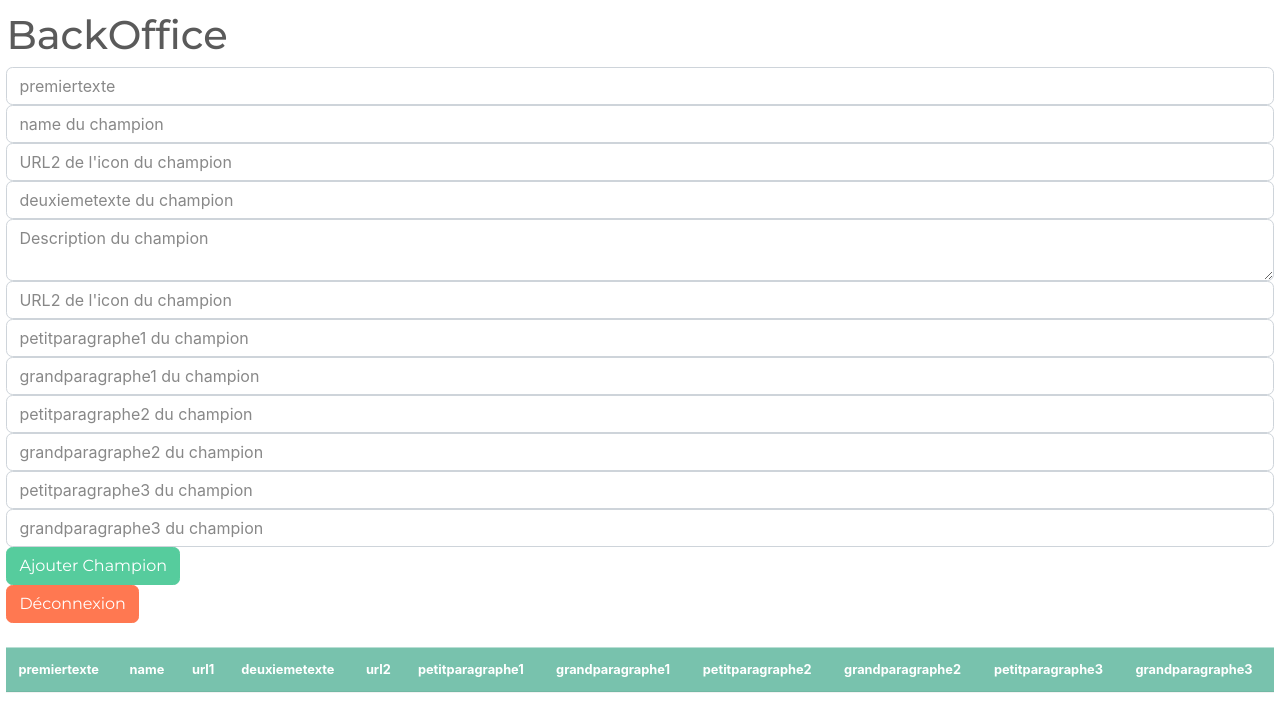
Repository: AdilGHAZAL/MosaiqueWebdoc
Page: /backoffice
An editor plug-in stored every save of this project. The page is shown before and after the next save, followed by the edit.
The browser window is 1280 px wide. The pictures show the whole page.
The page's requests for data from a server got no answer. Some web fonts or font styles are not loaded; a fallback is used. Some web libraries are served in a nearby version. The project was rebuilt for these pictures with package versions that can differ from the ones it lists, and the page was loaded fresh each time. No one was signed in, and anything a server would have sent is missing. Also part of the build but not shown: vite.config.js, src/App.css, src/components/Navbar.css, src/components/Navbar.jsx, src/components/Athletes.css, src/components/Athletes.jsx, src/components/Athletes2.jsx, src/components/Athletes3.jsx and 18 more.

Above is the page before, as saved 2024-05-02 19:00:22.

### index.html
<!doctype html>
<html lang="en">
  <head>
    <meta charset="UTF-8" />
    <link rel="icon" type="image/svg+xml" href="./src/logos/logoMosaique.svg" />
    <meta name="viewport" content="width=device-width, initial-scale=1.0" />
    <title>Mosaique</title>
    <link rel="preconnect" href="https://fonts.googleapis.com">
<link rel="preconnect" href="https://fonts.gstatic.com" crossorigin>
<link href="https://fonts.googleapis.com/css2?family=Mina:wght@400;700&display=swap" rel="stylesheet">
<link rel="stylesheet" href="https://cdn.jsdelivr.net/npm/bootswatch@4.5.2/dist/minty/bootstrap.min.css">
  </head>
  <body>
    <div id="root"></div>
    <script type="module" src="/src/main.jsx"></script>
  </body>
</html>

### src/App.jsx
// App.jsx
import React from 'react';
import { BrowserRouter as Router, Routes, Route} from 'react-router-dom';
import './App.css'; // Import the CSS file
import HomePage from './components/HomePage';
import Athlete1 from './Athelete1/Athlete1'; // Import the NouvellePage component
import LoginScreen from './LoginScreen';
import MainView from './backoffice';
import TrainingPage from './TrainingPage';
const App = () => {
    return (
        <Router>

                <Routes>
                    <Route path="/" element={<HomePage/>} />
                    <Route path="/Athlete1" element={<Athlete1/>} />
                    <Route path="/login" element={<LoginScreen/>  }/>
                    <Route path='/backoffice'element={<MainView/>}/>
                </Routes>

        </Router>
    );
};

export default App;

### src/index.css
:root {
  --rose: #E9257F

}

### src/backoffice.jsx
import React, { useState, useEffect } from 'react';
import { getFirestore, collection, addDoc, getDocs, deleteDoc, doc, updateDoc } from "firebase/firestore";
import { getAuth, signOut } from "firebase/auth";
import "./firebaseConfig"

export default function MainView() {
  const [champions, setChampions] = useState([]);
  const [championData, setChampionData] = useState({
    premiertexte: '',
    name: '',
    url1: '',
    deuxiemetexte: '',
    url2: '',
    petitparagraphe1: '',
    grandparagraphe1: '',
    petitparagraphe2: '',
    grandparagraphe2: '',
    petitparagraphe3: '',
    grandparagraphe3: '',
  });
  const [editingChampionId, setEditingChampionId] = useState(null);
  const auth = getAuth();
  const firestore = getFirestore();

  useEffect(() => {
    const fetchChampions = async () => {
      const championsSnapshot = await getDocs(collection(firestore, "champions"));
      const championsData = championsSnapshot.docs.map(doc => ({ id: doc.id, ...doc.data() }));
      setChampions(championsData);
    };

    fetchChampions();
  }, [firestore]);

  const handleInputChange = (e) => {
    const { name, value } = e.target;
    setChampionData({ ...championData, [name]: value });
  };

  const handleAddChampion = async (e) => {
    e.preventDefault();
    try {
      await addDoc(collection(firestore, "champions"), championData);
      console.log("Champion ajouté avec succès");
      // Réinitialiser les données du champion après l'ajout réussi
      setChampionData({
        premiertexte: '',
    name: '',
    url1: '',
    deuxiemetexte: '',
    url2: '',
    petitparagraphe1: '',
    grandparagraphe1: '',
    petitparagraphe2: '',
    grandparagraphe2: '',
    petitparagraphe3: '',
    grandparagraphe3: '',
      });
    } catch (error) {
      console.error("Erreur lors de l'ajout du champion :", error);
    }
  };


  const handleEditChampion = (champion) => {
    setEditingChampionId(champion.id);
    setChampionData({
        premiertexte: champion.premiertexte,
    name: champion.name,
    url1: champion.url1,
    deuxiemetexte: champion.deuxiemetexte,
    url2: champion.url2,
    petitparagraphe1: champion.petitparagraphe1,
    grandparagraphe1: champion.grandparagraphe1,
    petitparagraphe2: champion.petitparagraphe2,
    grandparagraphe2: champion.grandparagraphe2,
    petitparagraphe3: champion.petitparagraphe3,
    grandparagraphe3: champion.grandparagraphe3,
    });
  };

  const handleUpdateChampion = async () => {
    try {
      await updateDoc(doc(firestore, "champions", editingChampionId), {
        premiertexte: championData.premiertexte,
    name: championData.name,
    url1: championData.url1,
    deuxiemetexte: championData.deuxiemetexte,
    url2: championData.url2,
    petitparagraphe1: championData.petitparagraphe1,
    grandparagraphe1: championData.grandparagraphe1,
    petitparagraphe2: championData.petitparagraphe2,
    grandparagraphe2: championData.grandparagraphe2,
    petitparagraphe3: championData.petitparagraphe3,
    grandparagraphe3: championData.grandparagraphe3,
      });
      console.log("Champion mis à jour avec succès");
      // Mettre à jour le tableau des champions après la mise à jour
      const updatedChampions = champions.map(champion => {
        if (champion.id === editingChampionId) {
          return {
            ...champion,
            premiertexte: championData.premiertexte,
    name: championData.name,
    url1: championData.url1,
    deuxiemetexte: championData.deuxiemetexte,
    url2: championData.url2,
    petitparagraphe1: championData.petitparagraphe1,
    grandparagraphe1: championData.grandparagraphe1,
    petitparagraphe2: championData.petitparagraphe2,
    grandparagraphe2: championData.grandparagraphe2,
    petitparagraphe3: championData.petitparagraphe3,
    grandparagraphe3: championData.grandparagraphe3,
          };
        }
        return champion;
      });
      setChampions(updatedChampions);
      // Réinitialiser les données du champion après la mise à jour réussie
      setChampionData({
        premiertexte: '',
    name: '',
    url1: '',
    deuxiemetexte: '',
    url2: '',
    petitparagraphe1: '',
    grandparagraphe1: '',
    petitparagraphe2: '',
    grandparagraphe2: '',
    petitparagraphe3: '',
    grandparagraphe3: '',
      });
      setEditingChampionId(null);
    } catch (error) {
      console.error("Erreur lors de la mise à jour du champion :", error);
    }
  };

  const handleDeleteChampion = async (id) => {
    try {
      await deleteDoc(doc(firestore, "champions", id));
      console.log("Champion supprimé avec succès");
      // Mettre à jour la liste des champions après la suppression
      setChampions(champions.filter(champion => champion.id !== id));
    } catch (error) {
      console.error("Erreur lors de la suppression du champion :", error);
    }
  };

  const handleSignOut = () => {
    signOut(auth)
      .then(() => {
        console.log("Déconnexion réussie");
        // Naviguer vers la pweight de connexion après la déconnexion
      })
      .catch((error) => {
        console.error("Erreur lors de la déconnexion :", error);
      });
  };

  return (
    <>
    <div style={{width:'99vw'}}>
      <h1>BackOffice</h1>
      <form onSubmit={editingChampionId ? handleUpdateChampion : handleAddChampion}>
        <input className='form-control' type="text" name="premiertexte" value={championData.premiertexte} onChange={handleInputChange} placeholder="premiertexte" required />
        <input className='form-control' type="text" name="name" value={championData.name} onChange={handleInputChange} placeholder="name du champion" required />
        <input className='form-control' type="url" name="url1" value={championData.url1} onChange={handleInputChange} placeholder="URL2 de l'icon du champion" required />
        <input className='form-control' type="text" name="deuxiemetexte" value={championData.deuxiemetexte} onChange={handleInputChange} placeholder="deuxiemetexte du champion" required />
        <textarea className='form-control' name="description" value={championData.description} onChange={handleInputChange} placeholder="Description du champion" required />
        <input className='form-control' type="url" name="url2" value={championData.url2} onChange={handleInputChange} placeholder="URL2 de l'icon du champion" />
        <input className='form-control' type="text" name="petitparagraphe1" value={championData.petitparagraphe1} onChange={handleInputChange} placeholder="petitparagraphe1 du champion" required />
        <input className='form-control' type="text" name="grandparagraphe1" value={championData.grandparagraphe1} onChange={handleInputChange} placeholder="grandparagraphe1 du champion" required />
        <input className='form-control' type="text" name="petitparagraphe2" value={championData.petitparagraphe2} onChange={handleInputChange} placeholder="petitparagraphe2 du champion" required />
        <input className='form-control' type="text" name="grandparagraphe2" value={championData.grandparagraphe2} onChange={handleInputChange} placeholder="grandparagraphe2 du champion" required />
        <input className='form-control' type="text" name="petitparagraphe3" value={championData.petitparagraphe3} onChange={handleInputChange} placeholder="petitparagraphe3 du champion" required />
        <input className='form-control' type="text" name="grandparagraphe3" value={championData.grandparagraphe3} onChange={handleInputChange} placeholder="grandparagraphe3 du champion" required />
        <button className='btn btn-success' type="submit">{editingChampionId ? "Mettre à jour Champion" : "Ajouter Champion"}</button>
      </form>
      <button className='btn btn-danger' title='Déconnexion' onClick={handleSignOut}>Déconnexion</button>

      <table className='table table-hover mt-4' style={{fontSize:'0.8rem'}}>
        <thead>
          <tr className='table-primary'>
          <th scope='col'>premiertexte</th>
            <th scope='col'>name</th>
            <th scope='col'>url1</th>
            <th scope='col'>deuxiemetexte</th>
            <th scope='col'>url2</th>
            <th scope='col'>petitparagraphe1</th>
            <th scope='col'>grandparagraphe1</th>
            <th scope='col'>petitparagraphe2</th>
            <th scope='col'>grandparagraphe2</th>
            <th scope='col'>petitparagraphe3</th>
            <th scope='col'>grandparagraphe3</th>
          </tr>
        </thead>
        <tbody>
          {champions.map((champion) => (
            <tr key={champion.id}>
              <td>{champion.premiertexte}</td>
              <td>{champion.name}</td>
              <td>{champion.url1}</td>
              <td>{champion.deuxiemetexte}</td>
              <td>{champion.url2}</td>
              <td>{champion.petitparagraphe1}</td>
              <td>{champion.grandparagraphe1}</td>
              <td>{champion.petitparagraphe2}</td>
              <td>{champion.grandparagraphe2}</td>
              <td>{champion.petitparagraphe3}</td>
              <td>{champion.grandparagraphe3}</td>
              <td>
                <button onClick={() => handleDeleteChampion(champion.id)}>Supprimer</button>
                <button onClick={() => handleEditChampion(champion)}>Modifier</button>
              </td>
            </tr>
          ))}
        </tbody>
      </table>
      </div>
    </>
  );
}

### src/components/HomePage.css
/* App.css */
body {
    margin: 0;
    background-color: #ffffff;
    color: #000000;
    display: flex;
    flex-direction: column;
    align-items: center;
    justify-content: center;
    min-height: 100vh;

  }

  .app-container {
      font-family: "SF Pro Display-Medium", Helvetica;
    width: 100vw;
    height: 100%;
    min-height: 100vh;
    /*  background-image: url('./assets/ub1.png');*/
    display: flex;
    flex-direction: column;
    margin: auto;
    background-color: #ffffff;
  }

  .main-title {
    font-family: 'SF Pro Display', sans-serif;
    font-size: 70px;
    font-weight: 500;
    line-height: 83.54px;
    text-align: center;
    margin-top: 100px;
  }

  .bold-text {
    font-weight: 700;
  }

  .content {
    padding: 20px;
    width: 100%;
    max-width: 1200px;
    margin: auto;

  }

  .UBimage {
    width: auto;
  }

  .bottom-text {
    font-size: 18px;
    text-align: center;
    margin-top: 30px;
  }
  .scroll-reveal > * {
    /* text-align: justify; */
    display: inline;
    color:hsl(0deg 22.14% 64.8% / 20%);
    font-size: 60px;
    font-weight: 500;
    background-clip: text;
    background-repeat: no-repeat;
    background-size: 0% 100%;
    background-image: linear-gradient( #E9257F, #ce1f71 );
    animation: scroll-reveal linear forwards;
    animation-timeline: view();
  }

  .scroll-text {

    text-align: justify;
  }
  @keyframes scroll-reveal {
    to {
      background-size: 100% 100%;
    }
  }
  .scroll-reveal p {
    /* font-family: SF Pro Display; */


  }

  .scrollPhotos {
    display: flex;
    justify-content: flex-start; /* Align photos to the maximum left */
    width: 100%;
    overflow-x: auto; /* Enable horizontal scrolling if photos exceed container width */
    padding: 20px 0; /* Optional padding */
  }

### src/firebaseConfig.jsx
// Import the functions you need from the SDKs you need
import { initializeApp } from "firebase/app";
import { getAuth } from "firebase/auth";
import { getFirestore } from "firebase/firestore";
// TODO: Add SDKs for Firebase products that you want to use
// https://firebase.google.com/docs/web/setup#available-libraries

// Your web app's Firebase configuration
const firebaseConfig = {
  apiKey: "AIzaSyAUMnE3uMe61y8NbS4tX2Nn4PoW8VoGS0U",
  authDomain: "webdoc-a4a03.firebaseapp.com",
  projectId: "webdoc-a4a03",
  storageBucket: "webdoc-a4a03.appspot.com",
  messagingSenderId: "931293814028",
  appId: "1:931293814028:web:5bc01cfec675ae5bf27d29"
};

// Initialize Firebase
export const FIREBASE_APP = initializeApp(firebaseConfig);
export const FIREBASE_AUTH=getAuth(FIREBASE_APP)
export const db=getFirestore(FIREBASE_APP)

Loaded but not shown: src/main.jsx (common file)

After the next save:
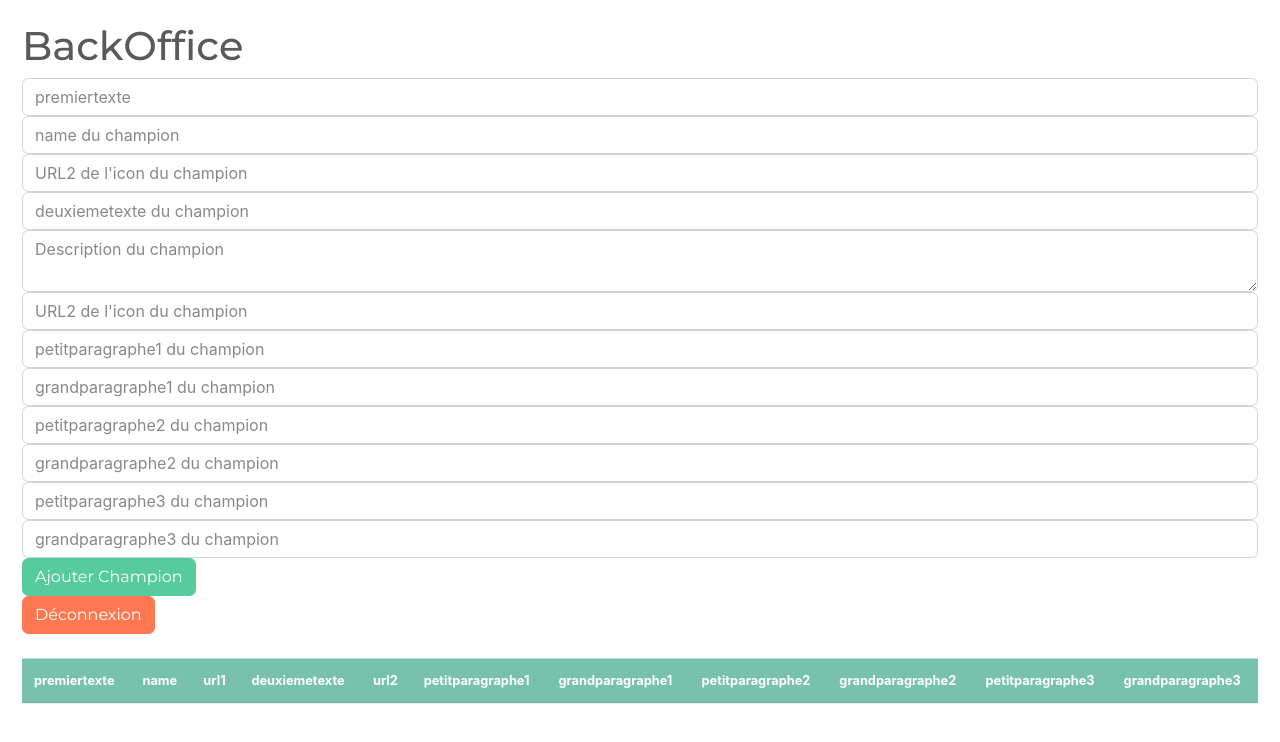
Saved 90 s later.
--- a/src/backoffice.jsx
+++ b/src/backoffice.jsx
@@ -160,7 +160,7 @@ export default function MainView() {
 
   return (
     <>
-    <div style={{width:'99vw'}}>
+    <div style={{width:'100vw', padding:"22px"}}>
       <h1>BackOffice</h1>
       <form onSubmit={editingChampionId ? handleUpdateChampion : handleAddChampion}>
         <input className='form-control' type="text" name="premiertexte" value={championData.premiertexte} onChange={handleInputChange} placeholder="premiertexte" required />
